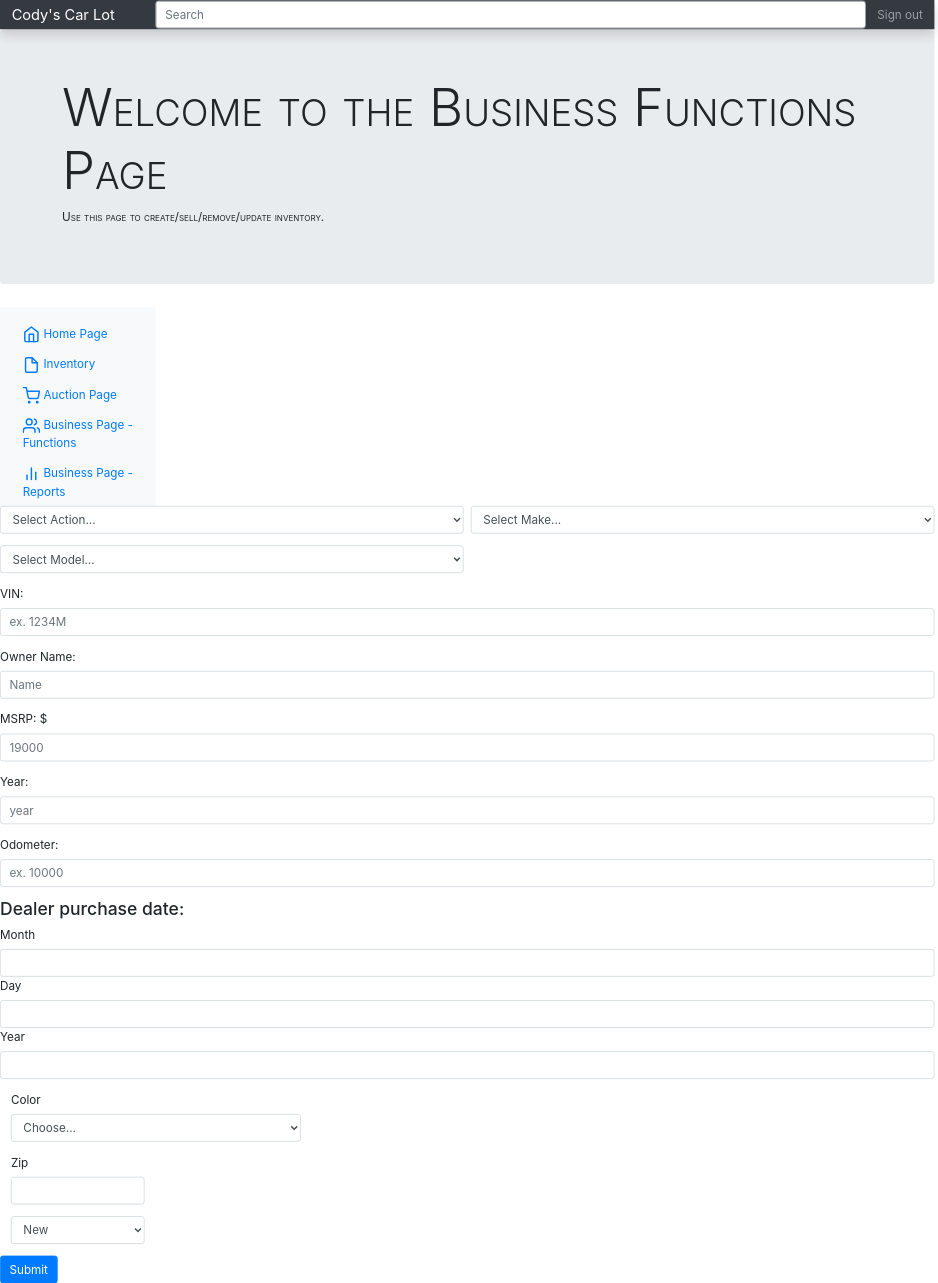
Repository: CodyHogge/CarDealershipProject
Page: http://localhost/CarDealershipProject/booted_functions.jsp
The author's editor kept a copy of each file at every save. The page is drawn from the files as they stood at one save, then again after the next save.
The browser window is 1280 px wide. The page is 1285 px wide, so the pictures cover 1285 px, including what lies to the right of the window. The pictures show the whole page, at 73% of full size.
The page is served by Tomcat 9. Other server files are loaded and not shown.

Above is the page before, as saved 2020-09-16 16:31:39.

### CarDealershipProject/WebContent/booted_functions.jsp
<%@ taglib prefix="c" uri="http://java.sun.com/jsp/jstl/core" %>
<%@ page language="java" contentType="text/html; charset=ISO-8859-1"
    pageEncoding="ISO-8859-1"%>
<!DOCTYPE html>
<html>
<head>
<meta charset="ISO-8859-1">
<title>Cody's Car Lot</title>
<link rel="stylesheet" href="https://stackpath.bootstrapcdn.com/bootstrap/4.5.2/css/bootstrap.min.css" integrity="sha384-JcKb8q3iqJ61gNV9KGb8thSsNjpSL0n8PARn9HuZOnIxN0hoP+VmmDGMN5t9UJ0Z" crossorigin="anonymous">
<link rel="stylesheet" href="./styles/styles.css">
</head>
<body>
	<nav class="navbar navbar-dark sticky-top bg-dark flex-md-nowrap p-0 shadow">
  		<a class="navbar-brand col-md-3 col-lg-2 mr-0 px-3" href="#">Cody's Car Lot</a>
  			<button class="navbar-toggler position-absolute d-md-none collapsed" type="button" data-toggle="collapse" data-target="#sidebarMenu" aria-controls="sidebarMenu" aria-expanded="false" aria-label="Toggle navigation">
    			<span class="navbar-toggler-icon"></span>
  			</button>
  		<input class="form-control form-control-dark w-100" type="text" placeholder="Search" aria-label="Search">
  		<ul class="navbar-nav px-3">
    		<li class="nav-item text-nowrap">
      			<a class="nav-link" href="#">Sign out</a>
    		</li>
  		</ul>
	</nav>

	<div class="jumbotron">
    	<div class="container">
      		<h1 class="display-3">Welcome to the Business Functions Page</h1>
      		<p>Use this page to create/sell/remove/update inventory.</p>
    	</div>
  	</div>



	<div class="container-fluid">
  		<div class="row">
    		<nav id="sidebarMenu" class="col-md-3 col-lg-2 d-md-block bg-light sidebar collapse show" style="">
      			<div class="sidebar-sticky pt-3">
        			<ul class="nav flex-column">
          				<li class="nav-item">
            				<a class="nav-link active" href="booted_home.jsp">
              					<svg xmlns="http://www.w3.org/2000/svg" width="24" height="24" viewBox="0 0 24 24" fill="none" stroke="currentColor" stroke-width="2" stroke-linecap="round" stroke-linejoin="round" class="feather feather-home"><path d="M3 9l9-7 9 7v11a2 2 0 0 1-2 2H5a2 2 0 0 1-2-2z"></path><polyline points="9 22 9 12 15 12 15 22"></polyline></svg>
              					Home Page
            				</a>
          				</li>
          				<li class="nav-item">
            				<a class="nav-link" href="booted_inventory.jsp">
              					<svg xmlns="http://www.w3.org/2000/svg" width="24" height="24" viewBox="0 0 24 24" fill="none" stroke="currentColor" stroke-width="2" stroke-linecap="round" stroke-linejoin="round" class="feather feather-file"><path d="M13 2H6a2 2 0 0 0-2 2v16a2 2 0 0 0 2 2h12a2 2 0 0 0 2-2V9z"></path><polyline points="13 2 13 9 20 9"></polyline></svg>
              					Inventory
            				</a>
          				</li>
          				<li class="nav-item">
            				<a class="nav-link" href="booted_auction.jsp">
              					<svg xmlns="http://www.w3.org/2000/svg" width="24" height="24" viewBox="0 0 24 24" fill="none" stroke="currentColor" stroke-width="2" stroke-linecap="round" stroke-linejoin="round" class="feather feather-shopping-cart"><circle cx="9" cy="21" r="1"></circle><circle cx="20" cy="21" r="1"></circle><path d="M1 1h4l2.68 13.39a2 2 0 0 0 2 1.61h9.72a2 2 0 0 0 2-1.61L23 6H6"></path></svg>
              					Auction Page
            				</a>
          				</li>
          				<li class="nav-item">
            				<a class="nav-link" href="booted_functions.jsp">
              					<svg xmlns="http://www.w3.org/2000/svg" width="24" height="24" viewBox="0 0 24 24" fill="none" stroke="currentColor" stroke-width="2" stroke-linecap="round" stroke-linejoin="round" class="feather feather-users"><path d="M17 21v-2a4 4 0 0 0-4-4H5a4 4 0 0 0-4 4v2"></path><circle cx="9" cy="7" r="4"></circle><path d="M23 21v-2a4 4 0 0 0-3-3.87"></path><path d="M16 3.13a4 4 0 0 1 0 7.75"></path></svg>
              					Business Page - Functions <span class="sr-only">(current)</span>
            				</a>
          				</li>
          				<li class="nav-item">
            				<a class="nav-link" href="booted_reports.jsp">
              					<svg xmlns="http://www.w3.org/2000/svg" width="24" height="24" viewBox="0 0 24 24" fill="none" stroke="currentColor" stroke-width="2" stroke-linecap="round" stroke-linejoin="round" class="feather feather-bar-chart-2"><line x1="18" y1="20" x2="18" y2="10"></line><line x1="12" y1="20" x2="12" y2="4"></line><line x1="6" y1="20" x2="6" y2="14"></line></svg>
             	 				Business Page - Reports
            				</a>
          				</li>
        			</ul>
      			</div>
    		</nav>
  		</div>
	</div>

	<form action="inventoryUpdateServlet" method="post">
  		<div class="form-row">
  			<div class="form-group col-md-6">
      			<select id="action" class="form-control">
      				<option>Select Action...</option>
      				<option value="add">Add</option>
      				<option value="remove">Remove</option>
      				<option value="sell">Sell</option>
      			</select>
    		</div>
    		<div class="form-group col-md-6">
      			<select id="make" class="form-control">
      				<option>Select Make...</option>
      				<option value="mazda">Mazda</option>
      				<option value="ford">Ford</option>
      				<option value="toyota">Toyota</option>
      			</select>
    		</div>
    		<div class="form-group col-md-6">
      			<select id="model" class="form-control">
      				<option>Select Model...</option>
      				<option value="mazda3">Mazda3</option>
      				<option value="cx5">CX5</option>
      				<option value="corolla">Corolla</option>
      				<option value="mustang">Mustang</option>
      			</select>
    		</div>
  		</div>
  		<div class="form-group">
			<label for="vin">VIN: </label>
			<input type="text" class="form-control" name="vin" id="vin" placeholder="ex. 1234M">
		</div>
		<div class="form-group">
			<label for="ownerName">Owner Name: </label>
			<input type="text" class="form-control" name="ownerName" id="ownerName" placeholder="Name">
		</div>
		<div class="form-group">
			<label for="msrp">MSRP: </label>
			$<input type="text" class="form-control" name="msrp" id="msrp" placeholder="19000">
		</div>
		<div class="form-group">
			<label for="year">Year: </label>
			<input type="text" class="form-control" name="year" id="year" placeholder="year">
		</div>
		<div class="form-group">
			<label for="odometer">Odometer: </label>
			<input type="text" class="form-control" name="odometer" id="odometer" placeholder="ex. 10000">
		</div>
		<div class="form-group">
			<h4>Dealer purchase date:</h4>
				<label for="dealer-mm">Month</label>
				<input type="text" class="form-control" name="dealer-mm" id="dealer-mm">
				<label for="dealer-dd">Day</label>
				<input type="text" class="form-control" name="dealer-dd" id="dealer-dd">
				<label for="dealer-yyyy">Year</label>
				<input type="text" class="form-control" name="dealer-yyyy" id="dealer-yyyy">
		</div>
    	<div class="form-group col-md-4">
      		<label for="color">Color</label>
      		<select id="color" class="form-control">
        			<option selected>Choose...</option>
        			<option value="BLACK">Black</option>
        			<option value="BLUE">Blue</option>
        			<option value="GREEN">Green</option>
        			<option value="RED">Red</option>
        			<option value="WHITE">White</option>
      			</select>
    	</div>
    	<div class="form-group col-md-2">
      		<label for="inputZip">Zip</label>
      		<input type="text" class="form-control" id="inputZip">
    	</div>

  		<div class="form-group col-md-2">
			<select class="form-control" name="condition" id="condition">
				<option value="new">New</option>
				<option value="used">Used</option>
			</select>
		</div>
  		<button type="submit" class="btn btn-primary">Submit</button>
	</form>

</body>
</html>

### CarDealershipProject/WebContent/styles/styles.css
.top-banner{
	font-variant: small-caps;
	font-size: 16pt;
	border-style: dotted;
	border-right-width: 1px;
	border-left-width: 1px;
	border-top-width: 1px;
	border-bottom-width: 1px;
	border-color: black;
	background-color: #d5d5d5;
	color: orange;
}

.avail-cars{
	margin: 15px;
	background-color: #d5d5d5;
	border-style: solid;
	border-right-width: 1px;
	border-left-width: 1px;
	border-top-width: 1px;
	border-bottom-width: 1px;
	border-color: black;
}

.avail-cars.td{
	background-color: gray;
	border-style: solid;
	border-right-width: 2px;
	border-left-width: 2px;
	border-top-width: 2px;
	border-bottom-width: 2px;
	border-color: black;
}

.sold-cars{
	margin: 15px;
	background-color: #d5d5d5;
	border-style: solid;
	border-right-width: 1px;
	border-left-width: 1px;
	border-top-width: 1px;
	border-bottom-width: 1px;
	border-color: black;
}

.h4{
	margin: 10px;
	font-variant: small-caps;
}

.display-3 {
	font-variant: small-caps !important;
}

.jumbotron {
	font-variant: small-caps!important;
}

After the next save:
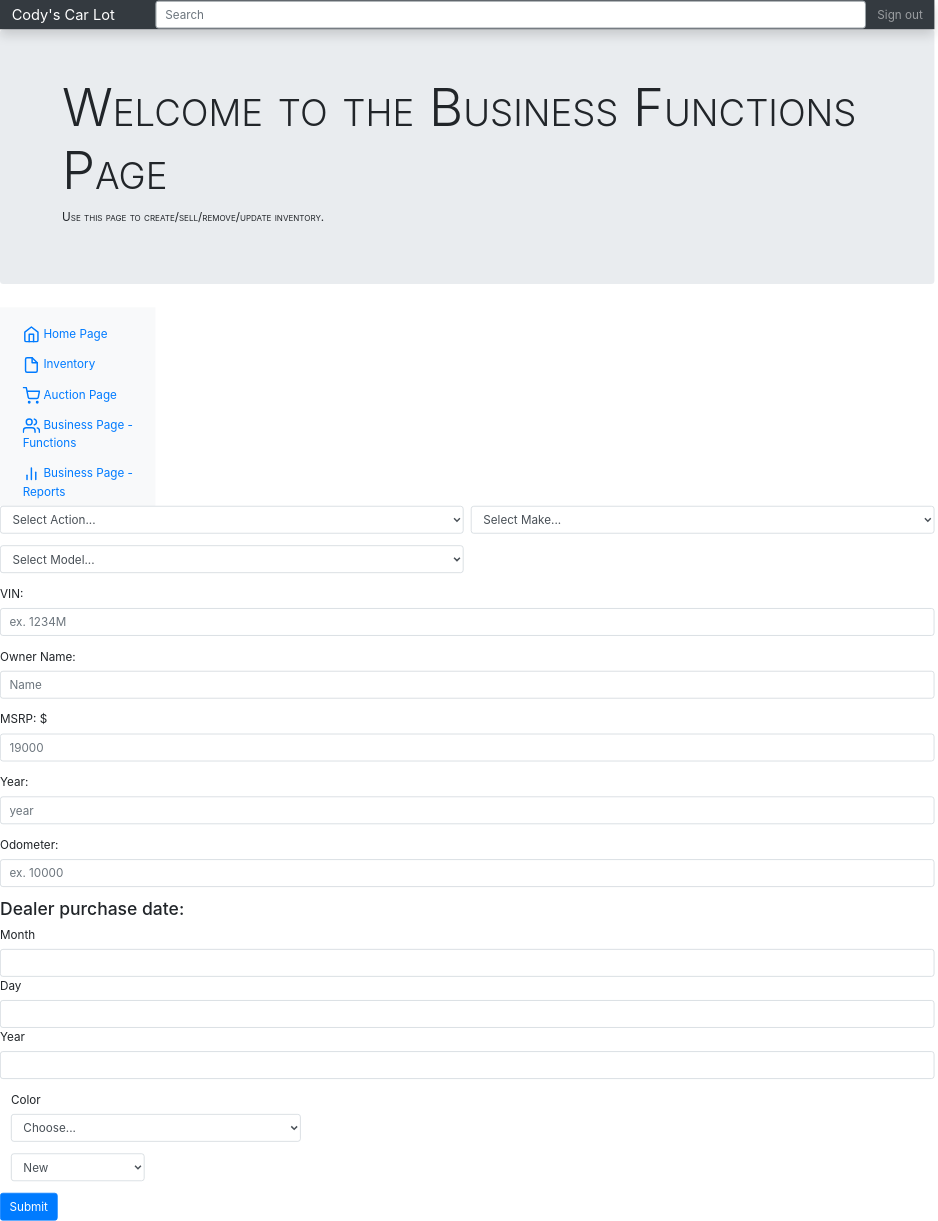
Saved 23 s later.
--- a/CarDealershipProject/WebContent/booted_functions.jsp
+++ b/CarDealershipProject/WebContent/booted_functions.jsp
@@ -141,11 +141,6 @@
         			<option value="WHITE">White</option>
       			</select>
     	</div>
-    	<div class="form-group col-md-2">
-      		<label for="inputZip">Zip</label>
-      		<input type="text" class="form-control" id="inputZip">
-    	</div>
-
   		<div class="form-group col-md-2">
 			<select class="form-control" name="condition" id="condition">
 				<option value="new">New</option>
